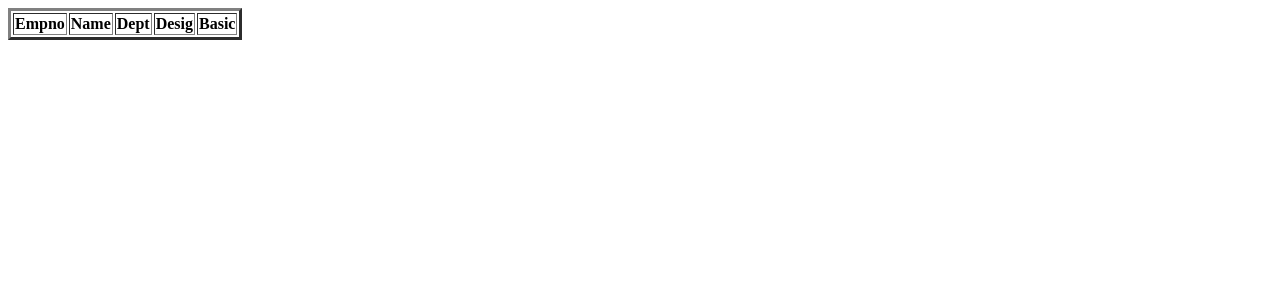
Repository: sandeshAraveti/Java-training
Page: http://localhost/EmployCrud/EmployShow.jsp
An editor plug-in stored every save of this project. The page is shown before and after the next save, followed by the edit.
The browser window is 1280 px wide. The pictures show the whole page.
The page is served by Tomcat 9. Queries for data that is not in the repository find no rows.

Above is the page before, as saved 2019-12-10 03:52:30.

After the next save:
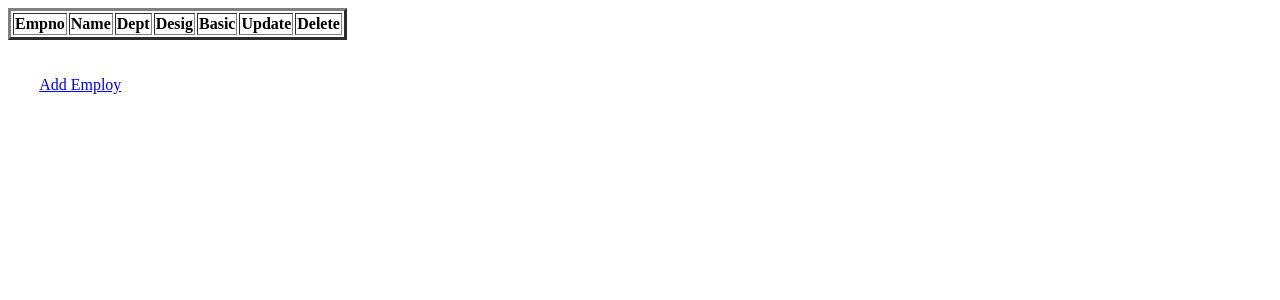
Saved 4 min 9 s later.
--- a/Java_HCL/Day_jdbc/EmployCrud/WebContent/EmployShow.jsp
+++ b/Java_HCL/Day_jdbc/EmployCrud/WebContent/EmployShow.jsp
@@ -12,31 +12,37 @@
 </head>
 <body>
 <table border="3">
-<tr>
-<th>Empno</th>
-<th>Name</th>
-<th>Dept</th>
-<th>Desig</th>
-<th>Basic</th>
-
-<%
-Connection con=DaoConnection.getConnection();
-String cmd="select * from Employ";
-PreparedStatement pst=con.prepareStatement(cmd);
-ResultSet rs=pst.executeQuery();
-while(rs.next()){
+	<tr>
+		<th>Empno</th>
+		<th>Name</th>
+		<th>Dept</th>
+		<th>Desig</th>
+		<th>Basic</th>
+		<th>Update</th>
+		<th>Delete</th>
+	</tr>
+	<%
+		Connection con=DaoConnection.getConnection();
+		String cmd="select * from Employ";
+		PreparedStatement pst=con.prepareStatement(cmd);
+		ResultSet rs=pst.executeQuery();
+		while(rs.next()) {
 	%>
-<tr>
-<td><%=rs.getInt("empno") %></td>
-<td><%=rs.getString("name") %></td>
-<td><%=rs.getString("dept") %></td>
-<td><%=rs.getString("desig") %></td>
-<td><%=rs.getString("basic") %></td>
-<tr>
-
-<%
-}
-%>
-</table>
+		<tr>
+			<td> <%=rs.getInt("empno") %> </td>
+			<td> <%=rs.getString("name") %> </td>
+			<td> <%=rs.getString("dept") %> </td>
+			<td> <%=rs.getString("desig") %> </td>
+			<td> <%=rs.getInt("basic") %> </td>
+			<td><a href="UpdateEmploy.jsp?empno=<%=rs.getInt("empno")%>">
+				Update</a></td>
+			<td><a href="DeleteEmploy.jsp?empno=<%=rs.getInt("empno")%>">Delete</a> </td>
+		</tr>
+	<%
+		}
+	%>
+</table> <br/><br/>
+&nbsp;&nbsp;&nbsp;&nbsp;&nbsp;&nbsp;&nbsp;
+<a href="AddEmploy.jsp">Add Employ</a>
 </body>
 </html>
